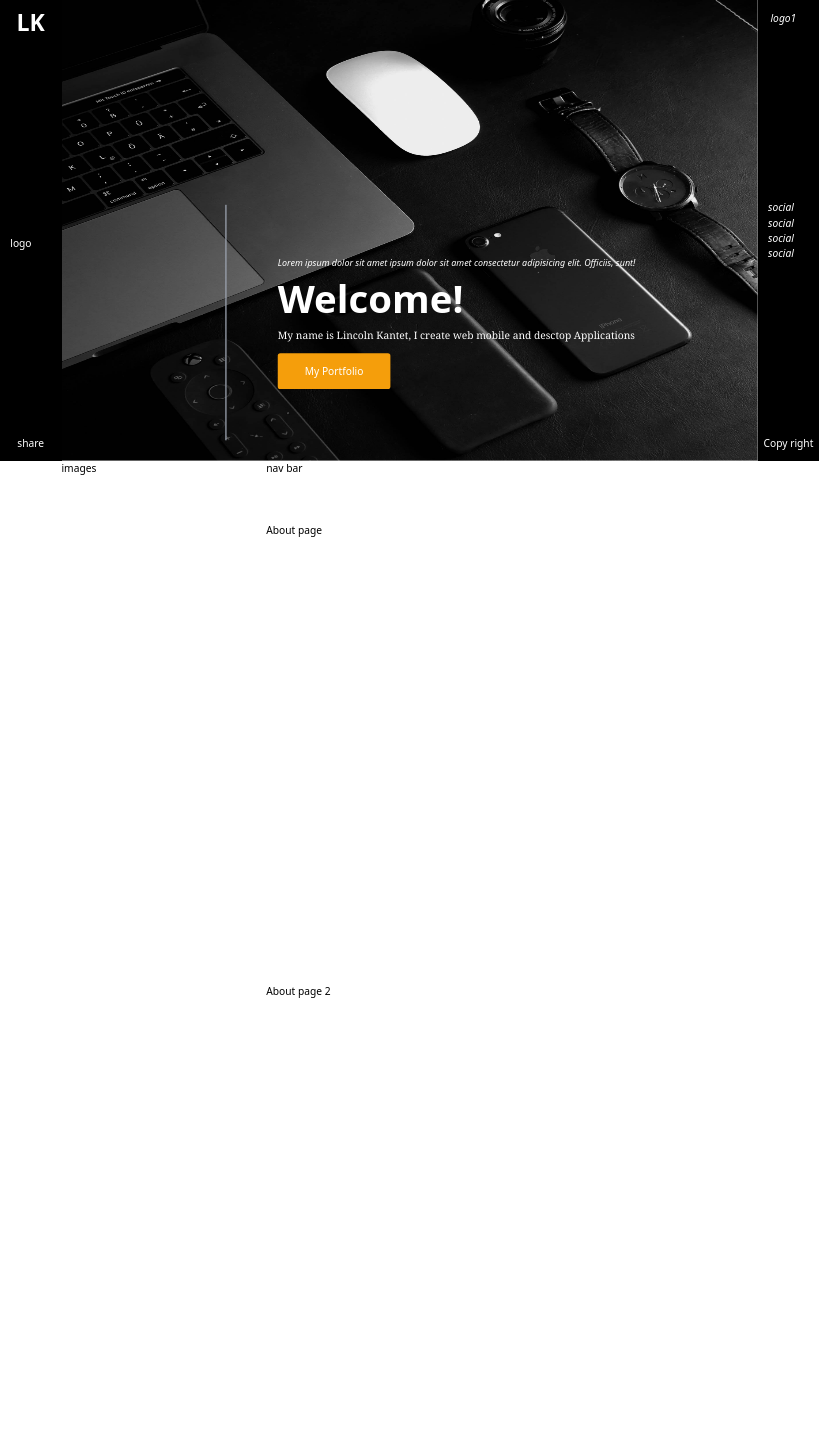
Repository: linco6054/template-tailwindcss
Page: index.html
These files come from the project's save history. The page is drawn as it stood at one moment and after a run of saves; the edit follows.
The browser window is 1280 px wide. The pictures show the whole page, at 64% of full size.

Above is the page before, as saved 2021-08-17 17:39:22.

### index.html
<!DOCTYPE html>
<html lang="en">

  <head>
    <meta charset="UTF-8" />
    <meta http-equiv="X-UA-Compatible" content="IE=edge" />
    <meta name="viewport" content="width=device-width, initial-scale=1.0" />
    <link href="https://unpkg.com/tailwindcss@^2/dist/tailwind.min.css" rel="stylesheet" />
<link rel="stylesheet" href="style.css">
    <title>Lincoln Kantet</title>
  </head>

  <body class="font-sans text-white  max-w-full h-auto flex flex-col lg:flex-row">
    <!-- nav -->
    <nav class="
        fixed
        top-0
        lg:left-0
        overflow-hidden
        bg-black
        h-20
        flex
        justify-between
        lg:flex-col
        items-center
        w-full
        lg:w-24 lg:h-screen
        z-50
      ">
      <span>
        <h1 class="mx-4 lg:mt-4 text-4xl font-bold">LK</h1>
      </span>
      <div class="mx-4 cursor-pointer">
        <i class="opacity-0 hover:opacity-100">menu</i>
        <span>logo</span>
      </div>

      <span class="mx-4 lg:mb-4">share</span>
    </nav>
    <!-- pages -->
    <section class="
        px-0
        lg:px-24
        overflow-hidden
        flex-col
        md:w-full
        lg:w-full
        h-auto
        text-black
        pt-20
        md:pt-0

      ">
      <div class="h-screen w-full relative overflow-hidden">
        <img class="absolute  z-0 h-full w-full" src="/images/bg.jpg" alt="">

        <div
          class="md:border-l-2 md:pl-20 md:py-20 md:border-gray-400 px-10 lg:ml-64 absolute text-white top-64 md:top-80 w-full z-20 flex flex-col  items-left  ">
          <i class="w-full text-sm mb-4 ">Lorem ipsum dolor sit amet ipsum dolor sit amet consectetur adipisicing elit.
            Officiis, sunt!</i>
          <h1 class="font-extrabold text-6xl mb-4">Welcome!</h1>
          <p class="font-serif mb-4">My name is Lincoln Kantet, I create web mobile and desctop Applications</p>
          <button class="bg-yellow-500 px-4 py-2 md:px-10 md:py-4 rounded w-44 hover:bg-yellow-700 ">My
            Portfolio</button>
        </div>
      </div>
      </div>
      <!-- other screen mother container -->
      <div class="h-auto relative flex ">
      <div class="w-80 hidden md:block">images</div>
      <div class="">
        <nav class="sticky top-24 h-24">nav bar</nav>
        <main>
          <div class="h-screen">About page</div>
            <div class="h-screen">About page 2</div>
        </main>
      </div>

      </div>
      <!-- end of other screen mother container -->
    </section>
    <!-- footer -->
    <footer class="
        lg:fixed lg:right-0
        overflow-hidden
        w-full
        lg:w-24
        bg-black
        h-20
        flex
        lg:h-screen
        flex-row-reverse
        justify-between
        items-center
        lg:flex-col
      ">
      <span class="mr-4 lg:mt-4">
        <i>logo1</i>
      </span>
      <span class="ml-4">
        <i>social</i>
        <i>social</i>
        <i>social</i>
        <i>social</i>
      </span>
      <span class="hidden lg:block lg:mb-4 ">
        <p class="md:rotate-90">Copy right</p>
      </span>
    </footer>
  </body>

</html>

Loaded but not shown: style.css (no stored copy; drawn as an empty file)

After the next 3 saves:
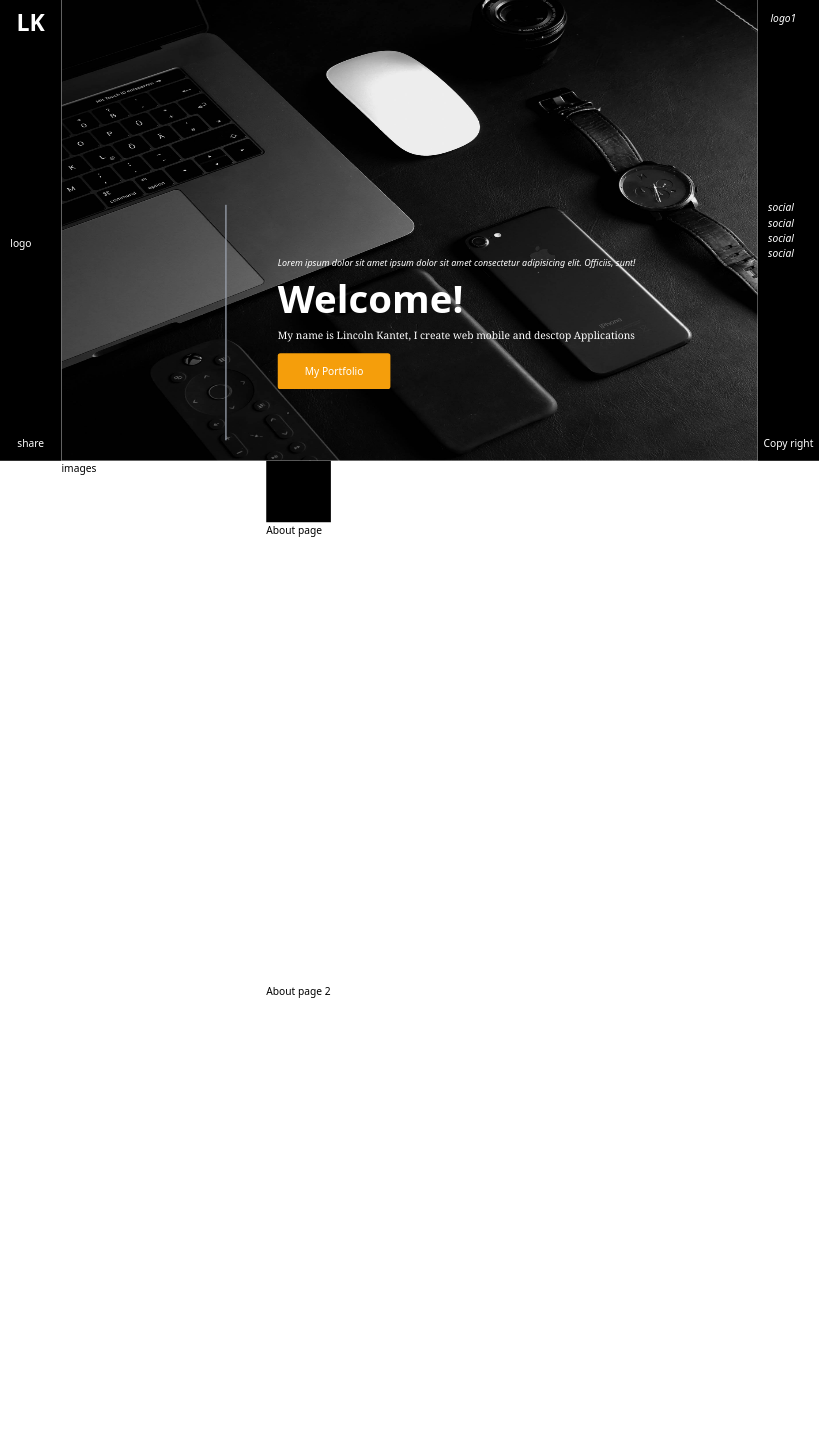
The 3 saves are shown as one change because they came seconds apart.
The last was saved 16 s later.
--- a/index.html
+++ b/index.html
@@ -69,7 +69,7 @@
       <div class="h-auto relative flex ">
       <div class="w-80 hidden md:block">images</div>
       <div class="">
-        <nav class="sticky top-24 h-24">nav bar</nav>
+        <nav class="sticky top-24 h-24 bg-black">nav bar</nav>
         <main>
           <div class="h-screen">About page</div>
             <div class="h-screen">About page 2</div>
